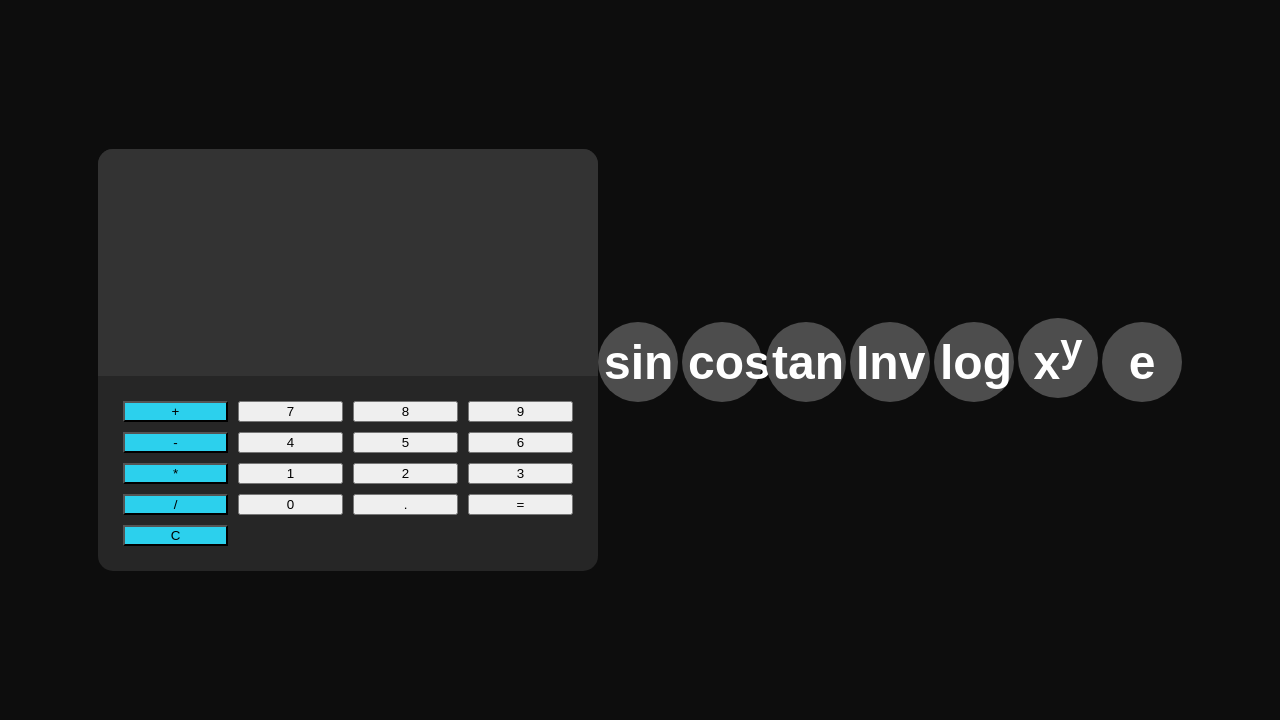
Repository: Haakim19/JavaScript
Page: Calculater/Main.html
These files come from the project's save history. The page is drawn as it stood at one moment and after the next save; the edit follows.
The browser window is 1280 px wide. The pictures show the whole page.

Above is the page before, as saved 2024-10-23 09:38:05.

### Calculater/Main.html
<!DOCTYPE html>
<html lang="en">
<head>
    <meta charset="UTF-8">
    <meta name="viewport" content="width=device-width, initial-scale=1.0">
    <title>Calculator</title>
    <link rel="stylesheet" href="Main.css">
</head>
<body>
    <div id="calculator-normal">
        <input id= "display1" readonly>
        <input id="display2" readonly>
        <div id="keys-normal">
            <button onclick="appentToDisplay('+')" class="operator-btn">+</button>
            <button onclick="appentToDisplay('7')">7</button>
            <button onclick="appentToDisplay('8')">8</button>
            <button onclick="appentToDisplay('9')">9</button>
            <button onclick="appentToDisplay('-')" class="operator-btn">-</button>
            <button onclick="appentToDisplay('4')">4</button>
            <button onclick="appentToDisplay('5')">5</button>
            <button onclick="appentToDisplay('6')">6</button>
            <button onclick="appentToDisplay('*')" class="operator-btn">*</button>
            <button onclick="appentToDisplay('1')">1</button>
            <button onclick="appentToDisplay('2')">2</button>
            <button onclick="appentToDisplay('3')">3</button>
            <button onclick="appentToDisplay('/')" class="operator-btn">/</button>
            <button onclick="appentToDisplay('0')">0</button>
            <button onclick="appentToDisplay('.')" >.</button>
            <button onclick="calculate()" >=</button>
            <button onclick="clearDisplay()" class="operator-btn">C</button>
        </div>
    </div>
    <div id="keys-sientific">
        <button onclick="appentToDisplay('sin')">sin</button>
        <button onclick="appentToDisplay('cos')">cos</button>
        <button onclick="appentToDisplay('tan')">tan</button>
        <button onclick="appentToDisplay('Inv')">Inv</button>
        <button onclick="appentToDisplay('log')">log</button>
        <button onclick="appentToDisplay('sin')">x<sup>y</sup></button>
        <button onclick="appentToDisplay('e')">e</button>
    </div>
<script src="Main.js"></script>
</body>
</html>

### Calculater/Main.css
body{
    margin: 0;
    display: flex;
    justify-content: center;
    align-items: center;
    height: 100vh;
    background-color: hsl(0,0%, 5%);
}
#calculator-normal{
    font-family:sans-serif;
    background-color: hsl(0, 0%, 15%);
    border-radius: 15px;
    max-width: 500px;
    overflow: hidden;
}
#display1{
    width: 100%;
    padding: 20px;
    font-size: 3rem;
    border: none;
    text-align: left;
    padding-right: -15px;
    color: white;
    background-color: hsl(0, 0%, 20%);

}
#display2{
    width: 100%;
    padding: 20px;
    font-size: 5rem;
    border: none;
    text-align: left;
    padding-right: -15px;
    color: white;
    background-color: hsl(0, 0%, 20%);

}
#keys-normal{
    display: grid;
    grid-template-columns: repeat(4, 1fr);
    gap: 10px;
    padding: 25px;
}
#keys-sientific
button{
    width: 80px;
    height: 80px;
    color: white;
    border-radius: 50px;
    border: none;
    font-size: 3rem;
    background-color: hsl(0, 0%, 30%);
    font-weight: bold;
    cursor: pointer;
}
button:hover{
    background-color: hsl(0, 0%, 40%);
}
button:active{
    background-color: hsl(0, 0%, 50%);
}
.operator-btn{
    background-color: hsl(189, 84%, 55%);
}
.operator-btn:hover{
    background-color: hsl(189, 84%, 65%);
}
.operator-btn:active{
    background-color: hsl(189, 84%, 75%);
}

### Calculater/Main.js
const display = document.getElementById('display2');

function appentToDisplay(input){
    display.value += input;
}
function clearDisplay(){
    display.value = '';
}
function calculate(){
    try{
        display.value = eval(display.value);}
    catch{
        display.value = 'Error';
    }

}

After the next save:
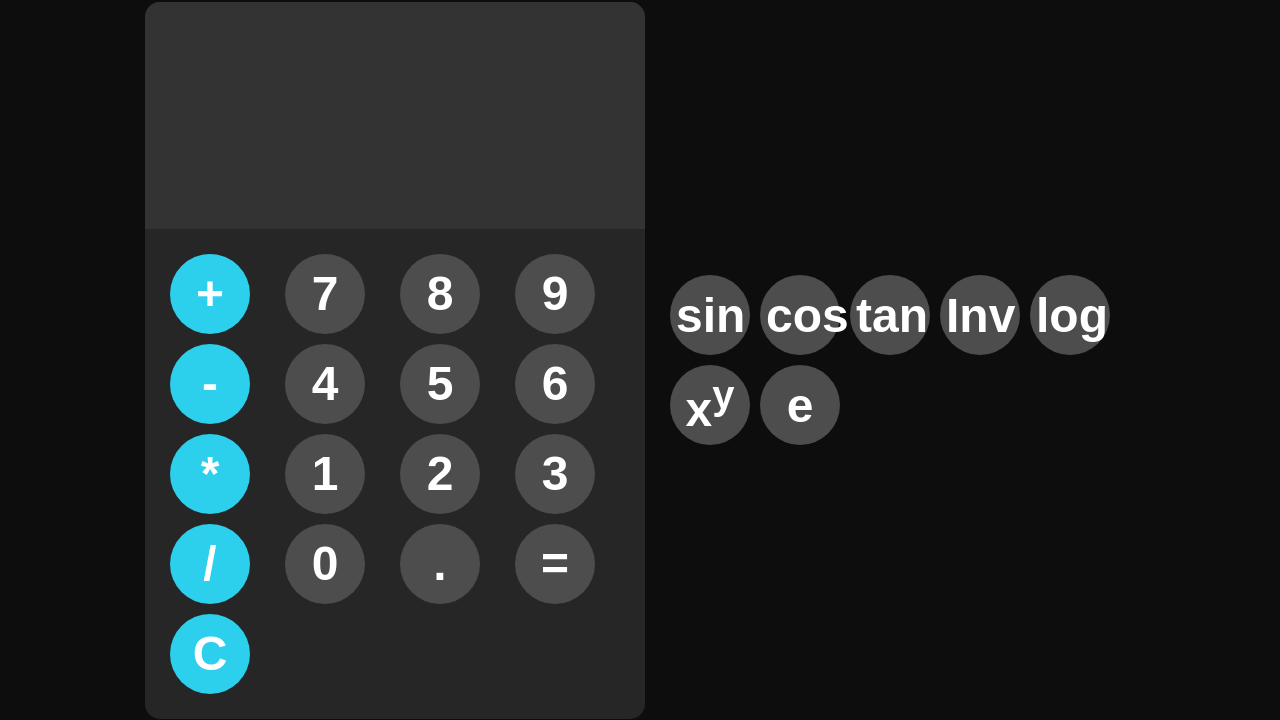
Saved 51 s later.
--- a/Calculater/Main.css
+++ b/Calculater/Main.css
@@ -41,7 +41,12 @@ body{
     gap: 10px;
     padding: 25px;
 }
-#keys-sientific
+#keys-sientific{
+    display: grid;
+    grid-template-columns: repeat(5, 1fr);
+    gap: 10px;
+    padding: 25px;
+}
 button{
     width: 80px;
     height: 80px;
